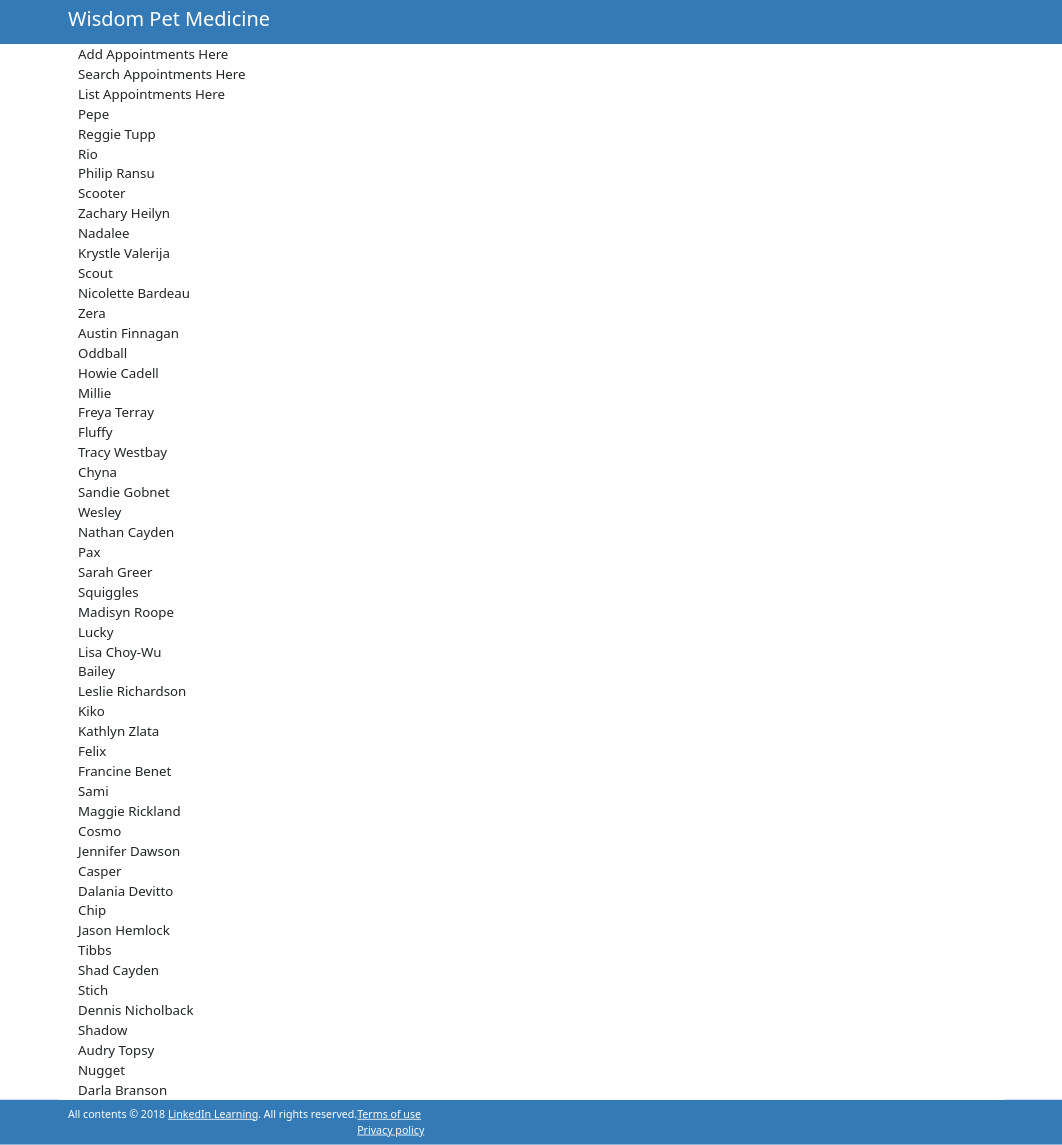
Repository: DevLuDaley/reactinterface
Page: /
An editor plug-in stored every save of this project. The page is shown before and after the next save, followed by the edit.
The browser window is 1280 px wide. The pictures show the whole page, at 83% of full size.
The project was rebuilt for these pictures with package versions that can differ from the ones it lists, and the page was loaded fresh each time. Also part of the build but not shown: src/css/App.css.

Above is the page before, as saved 2021-02-04 17:58:10.

### public/index.html
<!DOCTYPE html>
<html lang="en">
  <head>
    <meta charset="utf-8" />
    <link rel="icon" href="%PUBLIC_URL%/favicon.ico" />
    <meta name="viewport" content="width=device-width, initial-scale=1" />
    <meta name="theme-color" content="#000000" />
    <meta
      name="description"
      content="Web site created using create-react-app"
    />
    <link rel="apple-touch-icon" href="%PUBLIC_URL%/logo192.png" />
    <!--
      manifest.json provides metadata used when your web app is installed on a
      user's mobile device or desktop. See https://developers.google.com/web/fundamentals/web-app-manifest/
    -->
    <link rel="manifest" href="%PUBLIC_URL%/manifest.json" />
    <!--
      Notice the use of %PUBLIC_URL% in the tags above.
      It will be replaced with the URL of the `public` folder during the build.
      Only files inside the `public` folder can be referenced from the HTML.

      Unlike "/favicon.ico" or "favicon.ico", "%PUBLIC_URL%/favicon.ico" will
      work correctly both with client-side routing and a non-root public URL.
      Learn how to configure a non-root public URL by running `npm run build`.
    -->
    <title>React App</title>
  </head>
  <body>
    <noscript>You need to enable JavaScript to run this app.</noscript>
    <header class="container text-white">
      <h4 class="py-2">Wisdom Pet Medicine</h4>
    </header>

    <div id="root"></div>

    <footer class="container d-flex text-white py-2">
      <p>
        All contents &copy; 2018
        <a href="https://www.linkedin.com/learning">LinkedIn Learning</a>. All
        rights reserved.
      </p>
      <div class="ml-auto">
        <a class="d-block text-white" href="#">Terms of use</a>
        <a class="d-block text-white" href="#">Privacy policy</a>
      </div>
      <!-- col-md-6 -->
    </footer>
    <!-- footer -->
  </body>
</html>

### src/index.js
import React from 'react';
import ReactDOM from 'react-dom';
import 'bootstrap/dist/css/bootstrap.css'
import './css/index.css';
import App from './components/App';
import reportWebVitals from './reportWebVitals';
// import * as serviceWorker from './serviceWorker';
import 'jquery/dist/jquery'
import 'popper.js/dist/umd/popper'
import 'bootstrap/dist/js/bootstrap'

ReactDOM.render(
  <React.StrictMode>
    <App />
  </React.StrictMode>,
  document.getElementById('root')
);

// If you want to start measuring performance in your app, pass a function
// to log results (for example: reportWebVitals(console.log))
// or send to an analytics endpoint. Learn more: https://bit.ly/CRA-vitals
// serviceWorker.unregister()
reportWebVitals();

### src/components/App.js
import React, { Component } from 'react'
import '../css/App.css';
import AddAppointments from './AddAppointments';
import SearchAppointments from './SearchAppointments';
import ListAppointments from './ListAppointments';

class App extends Component {
  constructor(props) {
    super(props);
    this.state = {
      // myName: 'LH',
      authorized: true,
      myAppointments: []
     }
  }
  componentDidMount() {
    fetch('./data.json')
    .then(response => response.json())
    .then(result => {
      const apts = result.map(item => {
        return item;
      })
      this.setState({
        myAppointments: apts
      })
    })
  }

  render() {
    // const listItems = this.state.myAppointments.map(item => (
    //   <div>
    //     <div>
    //       {item.petName}
    //     </div>
    //       <div>{item.ownerName}</div>
    //   </div>
    // ))
    return (
      // <div className="App">
            <main className="page bg-white" id="petratings">
        <div className="container">
          <div className="row">
            <div className="col-md-12 bg-white">
              <div className="container">
              {/* { this.state.myName} */}
              {/* { listItems } */}
                <div> <AddAppointments /> </div>
                <div> <SearchAppointments authorized={true}/> </div>
                <div> <ListAppointments appointments={this.state.myAppointments} /> </div>
              </div>
            </div>
          </div>
        </div>
      </main>
    // </div>
      );
  }
}

export default App;

### src/components/AddAppointments.js
import React, { Component } from 'react'

class AddAppointments extends Component {
    constructor(props) {
        super(props);
        this.state = {  }
    }
    render() {
        return (
            <div>
                Add Appointments Here
            </div>
         );
    }
}

export default AddAppointments;

### src/components/SearchAppointments.js
import React, { Component } from 'react'
class SearchAppointments extends Component {
    constructor(props) {
        super(props);
        this.state = {  }
    }
    render() {
        return (
        <div>
            Search Appointments Here
        </div>
        );
    }
}

export default SearchAppointments;

### src/components/ListAppointments.js
import React, { Component } from 'react'

class ListAppointments extends Component {
    constructor(props) {
        super(props);
        this.state = {  }
    }
    render() {
    //   const listItems = this.state.myAppointments.map(item => (
      const listItems = this.props.appointments.map(item => (
            <div>
                <div>
                {item.petName}
                </div>
                <div>{item.ownerName}</div>
            </div>
    ))



        return (
        <div>
            List Appointments Here
            {listItems}
        </div>
        );
    }
}
export default ListAppointments;

### public/data.json
[
  {
    "petName": "Pepe",
    "ownerName": "Reggie Tupp",
    "aptNotes": "It's time for this rabbit's post spaying surgery checkup",
    "aptDate": "2018-11-28 13:30"
  },
  {
    "petName": "Rio",
    "ownerName": "Philip Ransu",
    "aptNotes": "Rio is up for his next round of vaccinations",
    "aptDate": "2018-11-28 10:15"
  },
  {
    "petName": "Scooter",
    "ownerName": "Zachary Heilyn",
    "aptNotes": "Scooter has been pawing at his ear and may have an ear infection",
    "aptDate": "2018-11-28 14:45"
  },
  {
    "petName": "Nadalee",
    "ownerName": "Krystle Valerija",
    "aptNotes": "This dog is coming in for his monthly nail trim and grooming",
    "aptDate": "2018-11-28 16:00"
  },
  {
    "petName": "Scout",
    "ownerName": "Nicolette Bardeau",
    "aptNotes": "This dog is coming in for his annual checkup and vaccinations",
    "aptDate": "2018-11-28 9:00"
  },
  {
    "petName": "Zera",
    "ownerName": "Austin Finnagan",
    "aptNotes": "This iguana's is showing signs of dementia associated with his old age",
    "aptDate": "2018-11-29 13:15"
  },
  {
    "petName": "Oddball",
    "ownerName": "Howie Cadell",
    "aptNotes": "Oddball has a hard lump on right front foot",
    "aptDate": "2018-11-29 10:00"
  },
  {
    "petName": "Millie",
    "ownerName": "Freya Terray",
    "aptNotes": "MIllie has exhibited signs of an upset stomach and is not eating regularly",
    "aptDate": "2018-11-29 11:45"
  },
  {
    "petName": "Fluffy",
    "ownerName": "Tracy Westbay",
    "aptNotes": "Fluffy has some matted hair that needs to be groomed",
    "aptDate": "2018-11-29 14:30"
  },
  {
    "petName": "Chyna",
    "ownerName": "Sandie Gobnet",
    "aptNotes": "This turtle is coming in for a checkup and to be tested for Salmonella",
    "aptDate": "2018-11-29 16:00"
  },
  {
    "petName": "Wesley",
    "ownerName": "Nathan Cayden",
    "aptNotes": "This dog is returning for his next heartworm treatment visit",
    "aptDate": "2018-11-29 8:30"
  },
  {
    "petName": "Pax",
    "ownerName": "Sarah Greer",
    "aptNotes": "This senior dog has been sluggish and showing lethargic behavior",
    "aptDate": "2018-11-30 10:15"
  },
  {
    "petName": "Squiggles",
    "ownerName": "Madisyn Roope",
    "aptNotes": "Squiggles is due for her annual checkup and vaccinations",
    "aptDate": "2018-11-30 11:30"
  },
  {
    "petName": "Lucky",
    "ownerName": "Lisa Choy-Wu",
    "aptNotes": "This cat has tartar buildup and her owner would like his teeth cleaned",
    "aptDate": "2018-11-30 14:30"
  },
  {
    "petName": "Bailey",
    "ownerName": "Leslie Richardson",
    "aptNotes": "This cat is suffering from hotspots and dermatitis",
    "aptDate": "2018-11-30 15:45"
  },
  {
    "petName": "Kiko",
    "ownerName": "Kathlyn Zlata",
    "aptNotes": "Kiko has been exhibiting excessive thirst and weight loss for the past few weeks",
    "aptDate": "2018-11-30 9:00"
  },
  {
    "petName": "Felix",
    "ownerName": "Francine Benet",
    "aptNotes": "Felix's mom is coming in to follow up on  lab work results",
    "aptDate": "2018-12-1 13:00"
  },
  {
    "petName": "Sami",
    "ownerName": "Maggie Rickland",
    "aptNotes": "Sami has had some changes in his bathroom in habits",
    "aptDate": "2018-12-1 10:00"
  },
  {
    "petName": "Cosmo",
    "ownerName": "Jennifer Dawson",
    "aptNotes": "Cosmo's mom would like us to check for arthritic conditions and do a routine checkup",
    "aptDate": "2018-12-1 11:30"
  },
  {
    "petName": "Casper",
    "ownerName": "Dalania Devitto",
    "aptNotes": "This dog is coming in for a nail trim and grooming",
    "aptDate": "2018-12-1 15:15"
  },
  {
    "petName": "Chip",
    "ownerName": "Jason Hemlock",
    "aptNotes": "This fish has a spotty white patch developing on his back ",
    "aptDate": "2018-12-1 8:45"
  },
  {
    "petName": "Tibbs",
    "ownerName": "Shad Cayden",
    "aptNotes": "Tibbs has had an ongoing rash and cold symptoms and we are going to run allergy tests",
    "aptDate": "2018-12-2 13:30"
  },
  {
    "petName": "Stich",
    "ownerName": "Dennis Nicholback",
    "aptNotes": "Stich has been having some stomach issues and is due for his vaccinations",
    "aptDate": "2018-12-2 10:15"
  },
  {
    "petName": "Shadow",
    "ownerName": "Audry Topsy",
    "aptNotes": "This cat has a red swollen eye with a discharge",
    "aptDate": "2018-12-2 15:00"
  },
  {
    "petName": "Nugget",
    "ownerName": "Darla Branson",
    "aptNotes": "This little fish Nugget, has  a rash on his stomach area",
    "aptDate": "2018-12-2 9:00"
  }
]

Loaded but not shown: src/css/index.css (common file); src/reportWebVitals.js (common file)

After the next save:
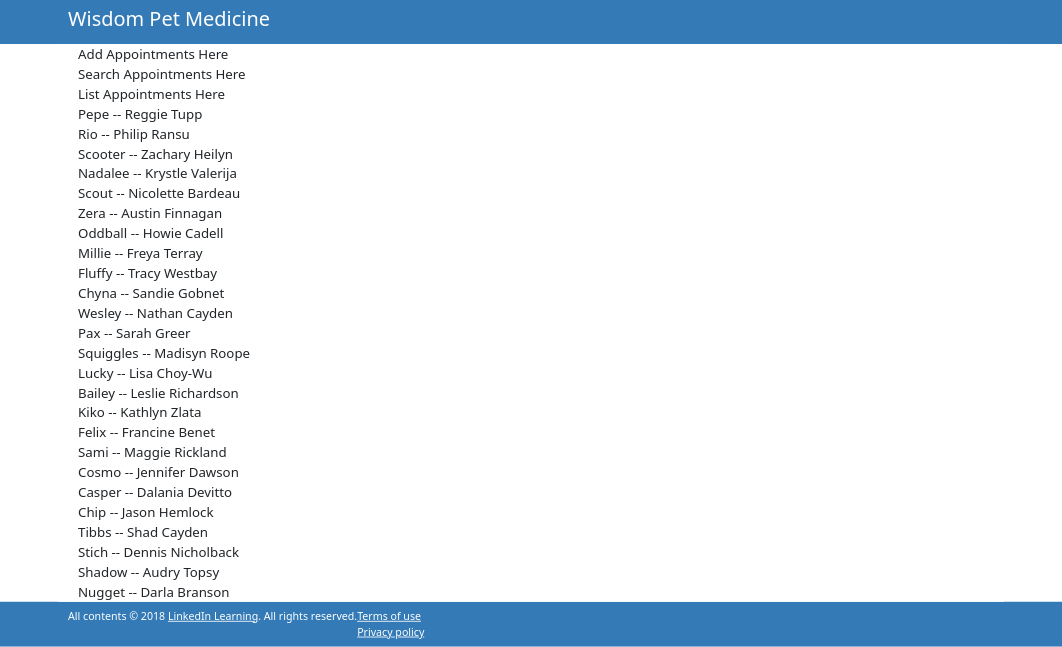
Saved 30 s later.
--- a/src/components/ListAppointments.js
+++ b/src/components/ListAppointments.js
@@ -10,9 +10,7 @@ class ListAppointments extends Component {
       const listItems = this.props.appointments.map(item => (
             <div>
                 <div>
-                {item.petName}
-                </div>
-                <div>{item.ownerName}</div>
+                {item.petName} -- {item.ownerName}</div>
             </div>
     ))
 
